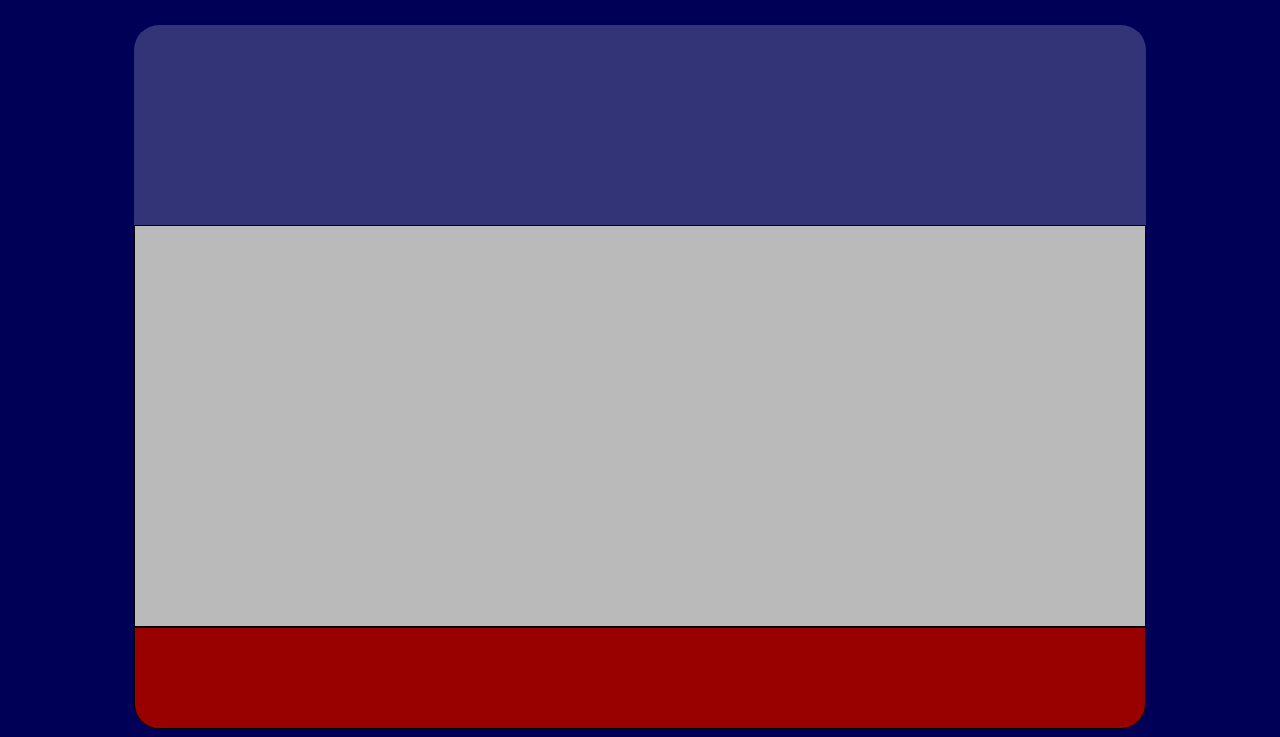
Repository: robvollmar/homework2
Page: index.html
The author's editor kept a record of every edit. The page is drawn from the files as they stood at one moment, then again after the next edit.
The browser window is 1280 px wide. The pictures show the whole page.

Above is the page before.

After the next edit:
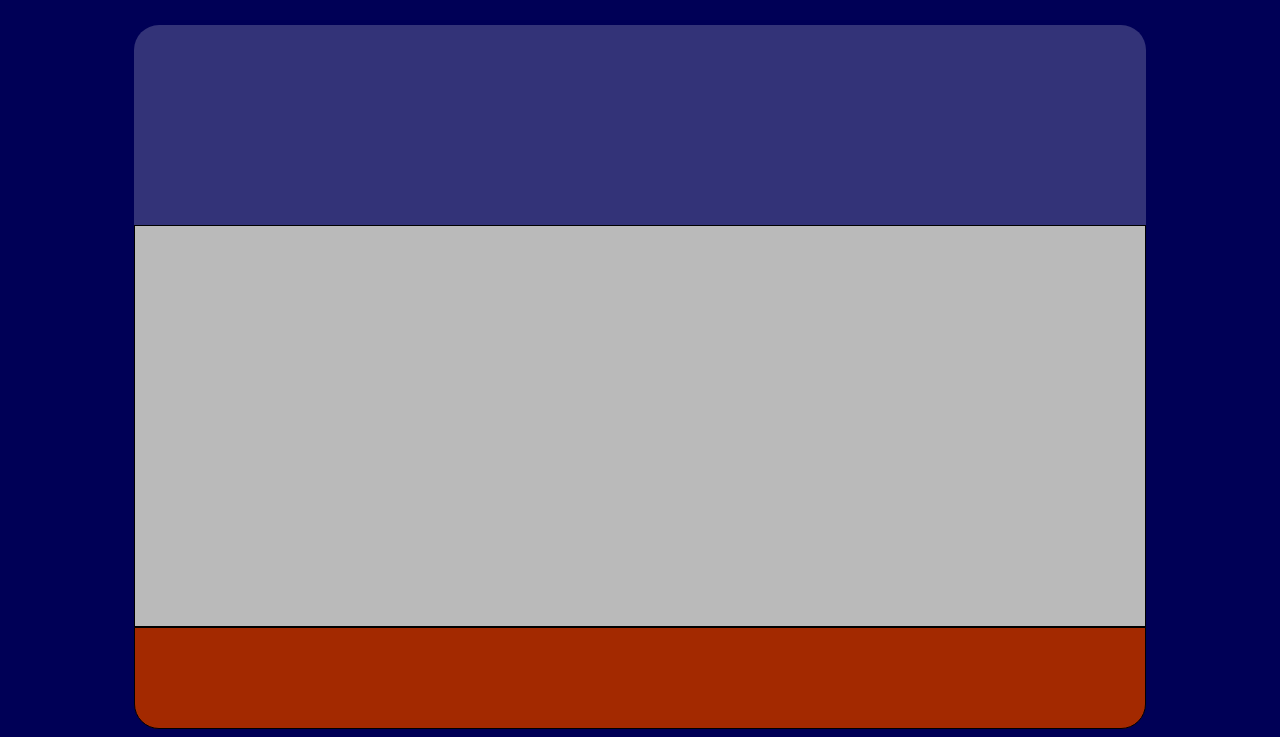
The edit:
--- a/stylesheet.css
+++ b/stylesheet.css
@@ -23,7 +23,7 @@
     }
 
 .footer {
-    background-color: #990000;
+    background-color: #A32900;
     border: 1px solid;
     border-bottom-left-radius: 25px;
     border-bottom-right-radius: 25px;
